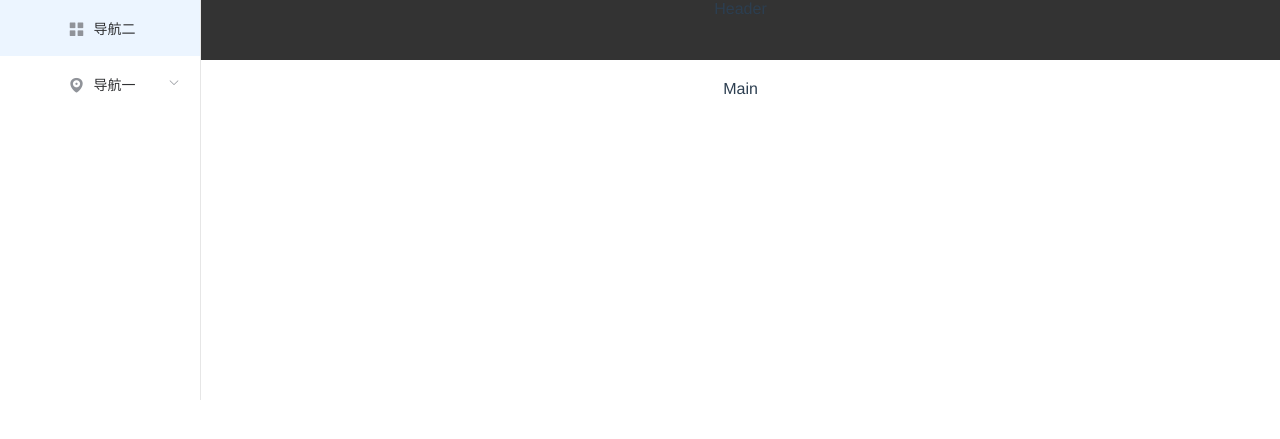
Repository: zhangwen001208/cmd
Page: /
An editor plug-in stored every save of this project. The page is shown before and after the next save, followed by the edit.
The browser window is 1280 px wide. The pictures show the whole page.
The project was rebuilt for these pictures with package versions that can differ from the ones it lists, and the page was loaded fresh each time. Also part of the build but not shown: vue.config.js.

Above is the page before, as saved 2022-08-24 16:16:07.

### src/main.js
import Vue from 'vue'
import App from './App.vue'
import router from './router'
import store from './store'
import ElementUI from 'element-ui';
import 'element-ui/lib/theme-chalk/index.css';

import 'normalize.css'
import './assets/css/index.less'

Vue.config.productionTip = false

Vue.use( ElementUI )

new Vue({
  router,
  store,

  render: h => h(App)
}).$mount('#app')

### src/App.vue
<template>
  <div id="app">
    <router-view/>
  </div>
</template>

<style lang="less">
#app {
  font-family: Avenir, Helvetica, Arial, sans-serif;
  -webkit-font-smoothing: antialiased;
  -moz-osx-font-smoothing: grayscale;
  text-align: center;
  color: #2c3e50;
}

nav {
  padding: 30px;

  a {
    font-weight: bold;
    color: #2c3e50;

    &.router-link-exact-active {
      color: #42b983;
    }
  }
}
</style>

### src/router/index.js
import Vue from 'vue'
import VueRouter from 'vue-router'
import HomeView from '../views/HomeView.vue'

Vue.use(VueRouter)

const routes = [
  {
    path: '/',
    name: 'home',
    component: HomeView
  },

]

const router = new VueRouter({
  mode: 'history',
  base: process.env.BASE_URL,
  routes
})

export default router

### src/assets/css/index.less
@import './base.less';

### src/views/HomeView.vue
<template>
  <div class="home">
      <el-container style="height: 100%">
        <el-aside width="auto">
          <home-aside/>
        </el-aside>
        <el-container>
          <el-header class="header">Header</el-header>
          <el-main>Main</el-main>
        </el-container>
    </el-container>


  </div>
</template>

<script>
// @ is an alias to /src

import HomeAside from '../components/HomeAside.vue'

export default {
  name: 'HomeView',
  components: {
    HomeAside

  }
}
</script>
<style lang="less" scoped>
.header{
  background-color: #333;
}

</style>

### src/assets/css/base.less

body{
    padding: 0;
    margin: 0;
}

html,body,#app {
    width: 100%;
    height: 100%;
}

### src/components/HomeAside.vue
<template>
<el-menu default-active="1-4-1" class="el-menu-vertical-demo" @open="handleOpen" @close="handleClose" :collapse="isCollapse">
  <el-menu-item index="2">
    <i class="el-icon-menu"></i>
    <span slot="title">导航二</span>
  </el-menu-item>
  <el-submenu index="1">
    <template slot="title">
      <i class="el-icon-location"></i>
      <span slot="title">导航一</span>
    </template>
    <el-menu-item-group>
      <span slot="title">分组一</span>
      <el-menu-item index="1-1">选项1</el-menu-item>

    </el-menu-item-group>

  </el-submenu>


</el-menu>

</template>

<script>
export default {
    data() {
      return {
        isCollapse: false
      };
    },
    methods: {
      handleOpen(key, keyPath) {
        console.log(key, keyPath);
      },
      handleClose(key, keyPath) {
        console.log(key, keyPath);
      }
    }
  }
</script>

<style lang="less" scoped>
  .el-menu-vertical-demo:not(.el-menu--collapse) {
    width: 200px;
    min-height: 400px;
  }

</style>

Loaded but not shown: public/index.html (common file); src/store/index.js (common file)

After the next save:
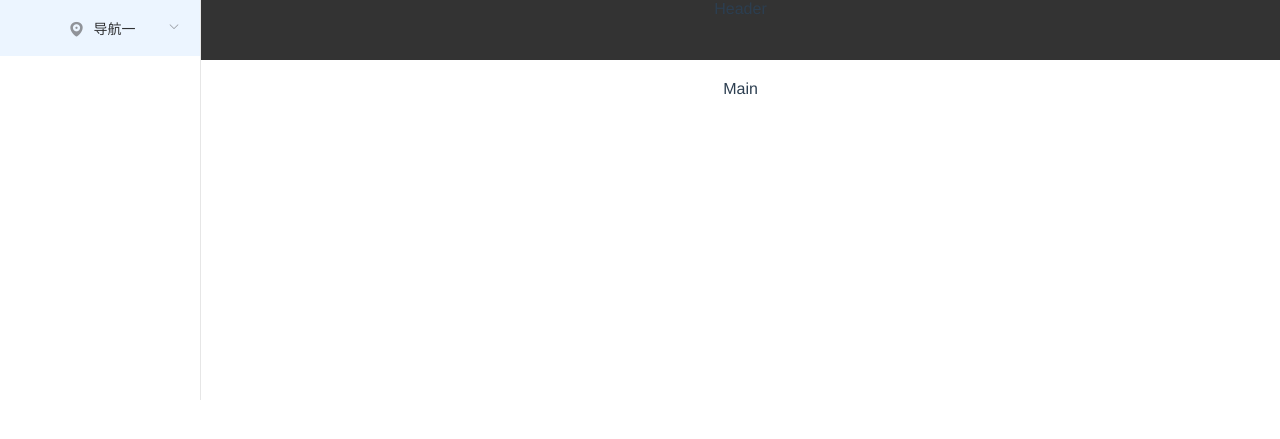
Saved 28 min 45 s later.
--- a/src/components/HomeAside.vue
+++ b/src/components/HomeAside.vue
@@ -1,6 +1,6 @@
 <template>
 <el-menu default-active="1-4-1" class="el-menu-vertical-demo" @open="handleOpen" @close="handleClose" :collapse="isCollapse">
-  <el-menu-item index="2">
+  <el-menu-item v-for="item in nochrildren" index="item.pa">
     <i class="el-icon-menu"></i>
     <span slot="title">导航二</span>
   </el-menu-item>
@@ -26,7 +26,53 @@
 export default {
     data() {
       return {
-        isCollapse: false
+        isCollapse: false,
+        menu:[
+          {
+            path: '/',
+            name: 'home',
+            label: '首页',
+            icon: 's-home',
+            url: 'Home/home'
+          },
+           {
+            path: '/mall',
+            name: 'mall',
+            label: '商品管理',
+            icon: 'video-play',
+            url: 'MallManage/MallManage'
+          },
+           {
+            path: '/user',
+            name: 'user',
+            label: '用户管理',
+            icon: 'user',
+            url: 'UserManage/UserManage'
+          },
+           {
+
+            label: '其他',
+            icon: 'location',
+           children: [
+            {
+            path: '/page1',
+            name: 'page1',
+            label: '页面1',
+            icon: 'setting',
+            url: 'Other/pageOne'
+            },
+            {
+            path: '/page2',
+            name: 'page2',
+            label: '页面2',
+            icon: 'setting',
+            url: 'Other/pageTwo'
+            }
+
+           ]
+          }
+
+        ]
       };
     },
     methods: {
@@ -35,6 +81,14 @@ export default {
       },
       handleClose(key, keyPath) {
         console.log(key, keyPath);
+      }
+    },
+    computed: {
+      nochildren() {
+        return this.menu.filter(item => !item.children)
+      },
+      haschildren() {
+         return this.menu.filter(item => item.children)
       }
     }
   }
